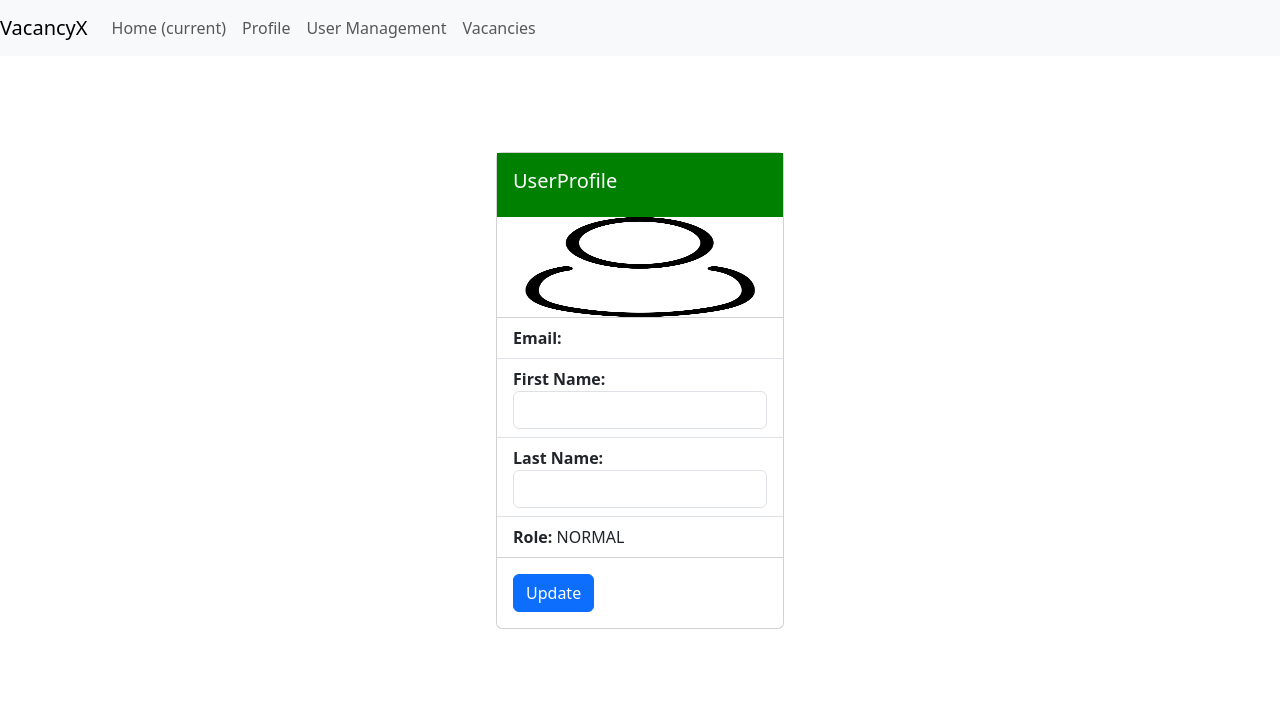
Repository: zipArk99/Vacancy-portal-serv
Page: http://localhost/VacancyPortal/updateuserdetail_page.jsp
The author's editor kept a copy of each file at every save. The page is drawn from the files as they stood at one save, then again after the next save.
The browser window is 1280 px wide. The pictures show the whole page.
The page is served by Tomcat 9. Other server files are loaded and not shown. The template is opened directly, without the code that normally fills it, so the values that code supplies are empty.

Above is the page before, as saved 2024-08-21 05:21:38.

### VacancyPortal/src/main/webapp/updateuserdetail_page.jsp
<%@ page language="java" contentType="text/html; charset=UTF-8"
    pageEncoding="UTF-8"%>
    <%@ taglib prefix="c" uri="http://java.sun.com/jsp/jstl/core" %>
<!DOCTYPE html>
<html>
<head>
<meta charset="UTF-8">
<title>Update User</title>
<style>
body, html {
	height: 90%;
	margin: 0;
}

.container {
	display: flex;
	justify-content: center;
	align-items: center;
	height: 93vh; /* Full viewport height */
}
</style>
</head>
<body>
<body>
<%@ include file="header.jsp" %>
<form action="/VacancyPortal/user" method="PUT">
	<div class="container">
		<div class="card" style="width: 18rem;">
		<div class="card-body" style="background-color:green;">
				<h5 class="card-title" style="color:white;">UserProfile</h5>
			</div>
			<img src="user.png" class="card-img-top" alt="..." height="100px" width="20px" draggable="true">

			<ul class="list-group list-group-flush">
				<li class="list-group-item"><b>Email:</b> <c:out value="${param.email}"></c:out> </li>

				<li class="list-group-item"><b>First Name:</b> <input type="text"
					name="fname" class="form-control" id="fnameId"
					value="${param.fname}" aria-describedby="emailHelp"></li>


				<li class="list-group-item"><b>Last Name:</b> <input type="text"
					name="fname" class="form-control" id="fnameId"
					value="${param.lname}" aria-describedby="emailHelp"></li>


				<li class="list-group-item"><b>Role:</b><c:choose>
				<c:when test="${requestScope.role==1}">
				<c:out value="ADMIN"></c:out>
				 </c:when>
				<c:otherwise>
				<c:out value="NORMAL"></c:out>
				</c:otherwise>
				</c:choose> </li>
			</ul>
			<div class="card-body">
				<input type="submit"class="btn btn-primary" value="Update">
			</div>
		</div>
	</div>
	</form>
</body>
</html>

### VacancyPortal/src/main/webapp/header.jsp
<%@ page language="java" contentType="text/html; charset=UTF-8"
    pageEncoding="UTF-8"%>
<!DOCTYPE html>
<html>
  <head>
    <meta charset="utf-8">
    <meta name="viewport" content="width=device-width, initial-scale=1">
    <title>Bootstrap demo</title>
    <link href="https://cdn.jsdelivr.net/npm/bootstrap@5.3.3/dist/css/bootstrap.min.css" rel="stylesheet" integrity="sha384-QWTKZyjpPEjISv5WaRU9OFeRpok6YctnYmDr5pNlyT2bRjXh0JMhjY6hW+ALEwIH" crossorigin="anonymous">
  </head>
<body>

<nav class="navbar navbar-expand-lg navbar-light bg-light">
  <a class="navbar-brand" href="#">VacancyX</a>
  <button class="navbar-toggler" type="button" data-toggle="collapse" data-target="#navbarText" aria-controls="navbarText" aria-expanded="false" aria-label="Toggle navigation">
    <span class="navbar-toggler-icon"></span>
  </button>
  <div class="collapse navbar-collapse" id="navbarText">
    <ul class="navbar-nav mr-auto">
      <li class="nav-item active">
        <a class="nav-link" href="#">Home <span class="sr-only">(current)</span></a>
      </li>
      <li class="nav-item">
        <a class="nav-link" href="/VacancyPortal/portal/userprofile">Profile</a>
      </li>
      <li class="nav-item">
        <a class="nav-link" href="#">User Management</a>
      </li>
        <li class="nav-item">
        <a class="nav-link" href="#">Vacancies</a>
      </li>
    </ul>

  </div>
</nav>
</body>
</html>

After the next save:
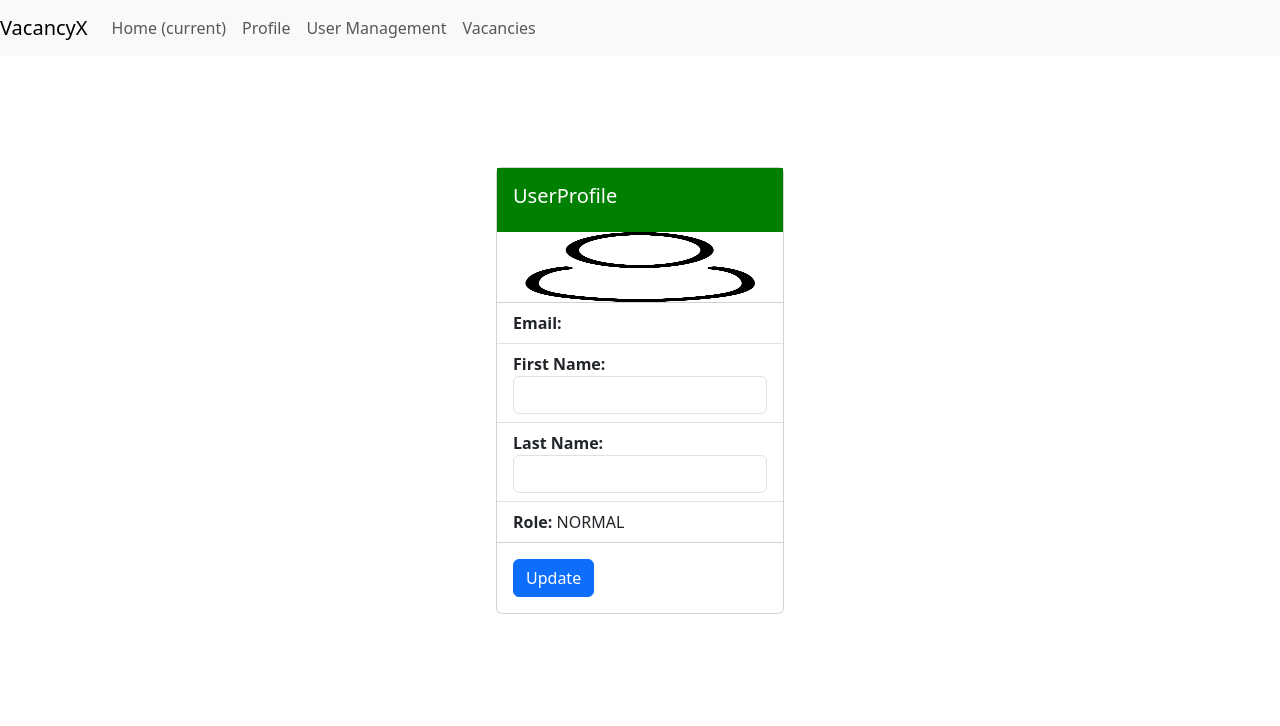
Saved 11 s later.
--- a/VacancyPortal/src/main/webapp/updateuserdetail_page.jsp
+++ b/VacancyPortal/src/main/webapp/updateuserdetail_page.jsp
@@ -29,7 +29,7 @@ body, html {
 		<div class="card-body" style="background-color:green;">
 				<h5 class="card-title" style="color:white;">UserProfile</h5>
 			</div>
-			<img src="user.png" class="card-img-top" alt="..." height="100px" width="20px" draggable="true">
+			<img src="user.png" class="card-img-top" alt="..." height="70px" width="20px" draggable="true">
 
 			<ul class="list-group list-group-flush">
 				<li class="list-group-item"><b>Email:</b> <c:out value="${param.email}"></c:out> </li>
